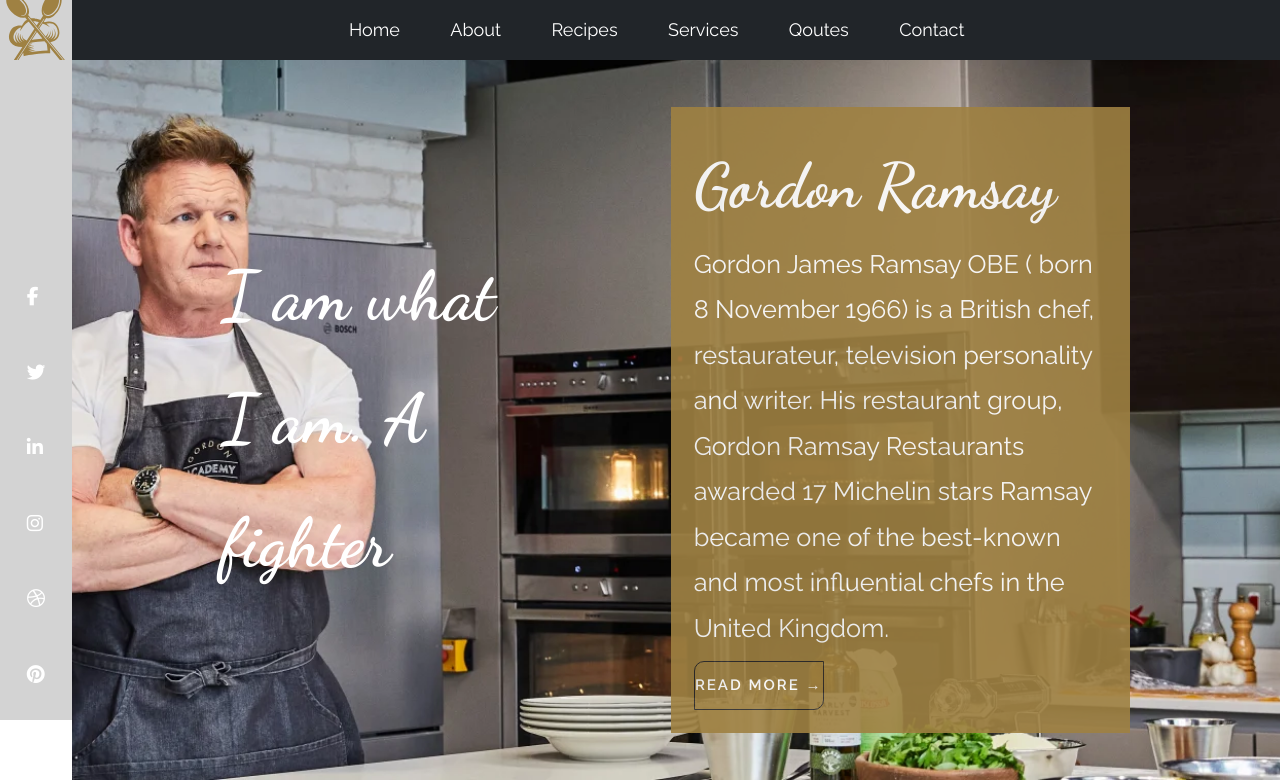
Repository: Esraa22M/Gordon-Ramsay-Biography
Page: index.html
An editor plug-in stored every save of this project. The page is shown before and after the next save, followed by the edit.
The browser window is 1280 px wide. The pictures show the whole page.
Backgrounds fixed to the window are drawn as part of the page. Some web libraries are served in a nearby version.

Above is the page before, as saved 2022-12-13 16:42:58.

After the next save:
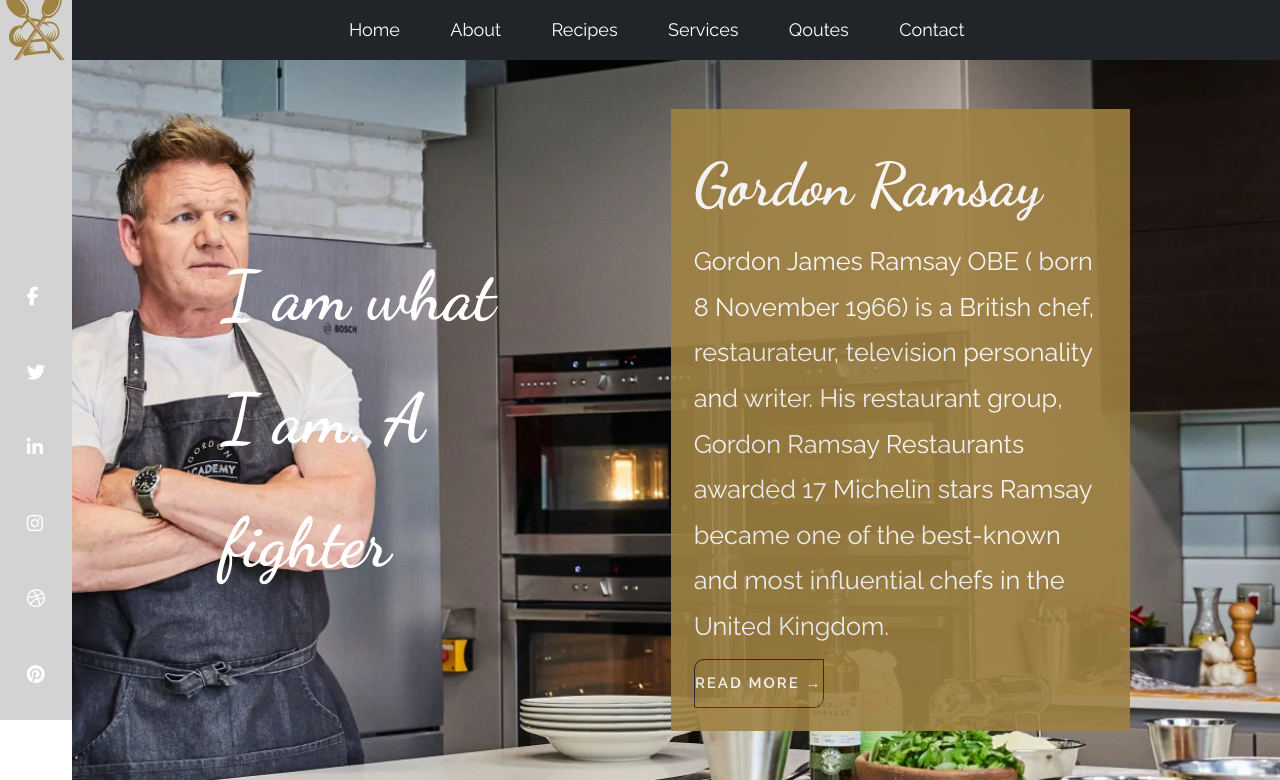
Saved 25 s later.
--- a/style.css
+++ b/style.css
@@ -174,7 +174,7 @@
   font-size: calc(1.75rem + 4vw);
 }
 .show-case__content-title {
-  font-size: calc(1.75rem + 3.5vw);
+  font-size: calc(1.5rem + 3.5vw);
 }
 .show-case__content-title,
 .show-case__word {
